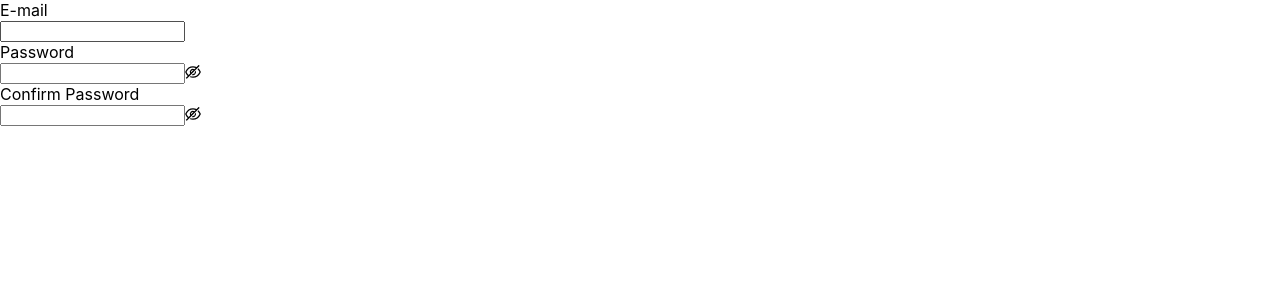
Repository: MT-Hesab/antdemo
Page: /
An editor plug-in stored every save of this project. The page is shown before and after a run of saves, followed by the edit.
The browser window is 1280 px wide. The pictures show the whole page.
The project was rebuilt for these pictures with package versions that can differ from the ones it lists, and the page was loaded fresh each time. Also part of the build but not shown: src/App.css.

Above is the page before, as saved 2022-01-05 00:49:11.

### src/App.js
import logo from './logo.svg';
import React, { useState } from 'react';
import { Form, Button, Input, InputNumber, Select, AutoComplete, Gutter, Row, Col, Checkbox } from 'antd';
import { useForm } from 'antd/lib/form/Form';

import './App.css';

const RegForm =()=>{

const [Form] = Form.useForm();

const [autoCompleteResult, setAutoCompleteResult] = useState([]);

const onWebsiteChange = (value) => {
  if (!value) {
    setAutoCompleteResult([]);
  } else {
    setAutoCompleteResult(['.com', '.org', '.net'].map(domain => `${value}${domain}`));
  }
};
const websiteOptions = autoCompleteResult.map(website => ({
  label: website,
  value: website,
}));
}

function App() {
  return (
    <Form
      //{...formItemLayout}
      //form={form}
      name="register"
      initialValues = {{
        residence: ['zhejiang', 'hangzhou', 'xihu'],
        prefix: '86',
      }}
      scrollToFirstError
    >
    <Form.Item
   name="email"
   label="E-mail"
   rules={[
     {
       type: 'email',
       message: 'The input is not valid E-mail!',
     },
     {
       required: true,
       message: 'Please input your E-mail!',
     },
   ]}
 >
   <Input />
 </Form.Item>

 <Form.Item
   name="password"
   label="Password"
   rules={[
     {
       required: true,
       message: 'Please input your password!',
     },
   ]}
   hasFeedback
 >
   <Input.Password />
 </Form.Item>

 <Form.Item
   name="confirm"
   label="Confirm Password"
   dependencies={['password']}
   hasFeedback
   rules={[
     {
       required: true,
       message: 'Please confirm your password!',
     },
     ({ getFieldValue }) => ({
       validator(_, value) {
         if (!value || getFieldValue('password') === value) {
           return Promise.resolve();
         }
         return Promise.reject(new Error('The two passwords that you entered do not match!'));
       },
     }),
   ]}
 >
   <Input.Password />
 </Form.Item>
 </Form>

  );
}

export default App;

Loaded but not shown: public/index.html (common file); src/index.js (common file); src/index.css (common file); src/reportWebVitals.js (common file)

After the next 2 saves:
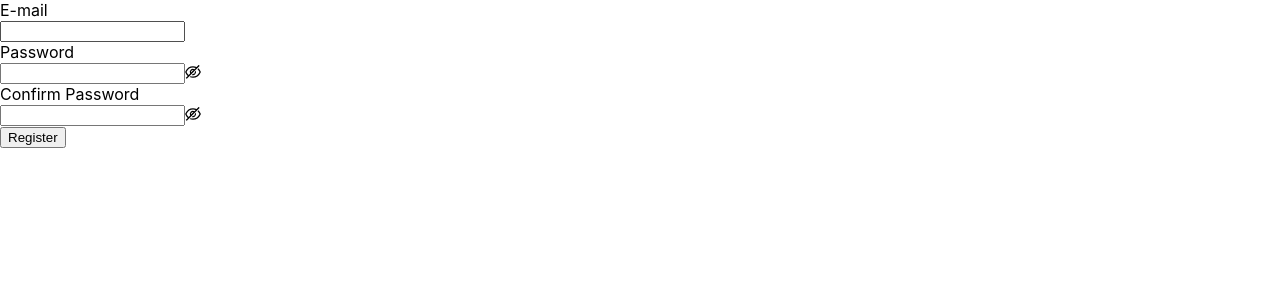
The 2 saves are shown as one change because 1 did not build or start.
The last was saved 7 min 10 s later.
--- a/src/App.js
+++ b/src/App.js
@@ -4,6 +4,28 @@ import { Form, Button, Input, InputNumber, Select, AutoComplete, Gutter, Row, Co
 import { useForm } from 'antd/lib/form/Form';
 
 import './App.css';
+const formItemLayout = {
+  labelCol: {
+    xs: { span: 24 },
+    sm: { span: 8 },
+  },
+  wrapperCol: {
+    xs: { span: 24 },
+    sm: { span: 16 },
+  },
+};
+const tailFormItemLayout = {
+  wrapperCol: {
+    xs: {
+      span: 24,
+      offset: 0,
+    },
+    sm: {
+      span: 16,
+      offset: 8,
+    },
+  },
+};
 
 const RegForm =()=>{
 
@@ -89,6 +111,11 @@ function App() {
  >
    <Input.Password />
  </Form.Item>
+ <Form.Item {...tailFormItemLayout}>
+        <Button type="primary" htmlType="submit">
+          Register
+        </Button>
+      </Form.Item>
  </Form>
 
   );
